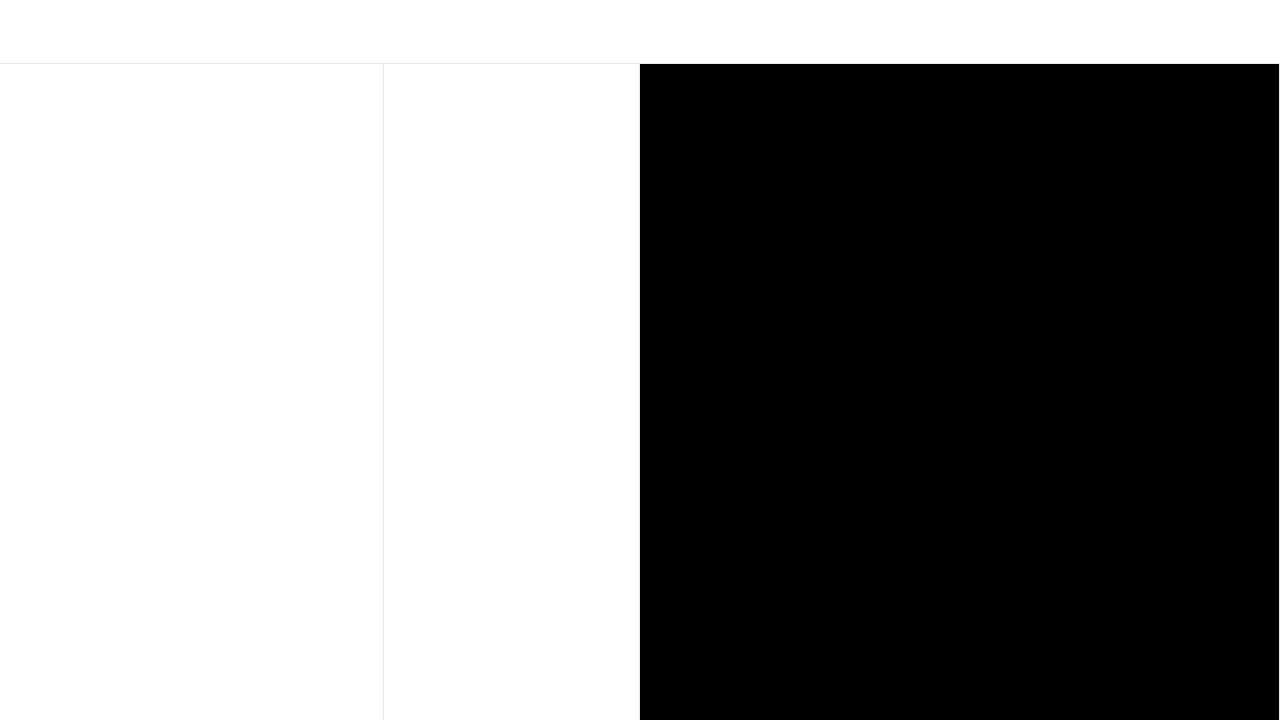
Repository: VictorJPimentel/Resume-Matcher
Page: / (app in frontend/)
These files come from the project's save history. The page is drawn as it stood at one moment and after the next save; the edit follows.
The browser window is 1280 px wide. The pictures show the whole page.
The project was rebuilt for these pictures with package versions that can differ from the ones it lists, and the page was loaded fresh each time. Also part of the build but not shown: frontend/src/components/FileUpload.jsx.

Above is the page before, as saved 2022-08-09 20:03:40.

After the next save:
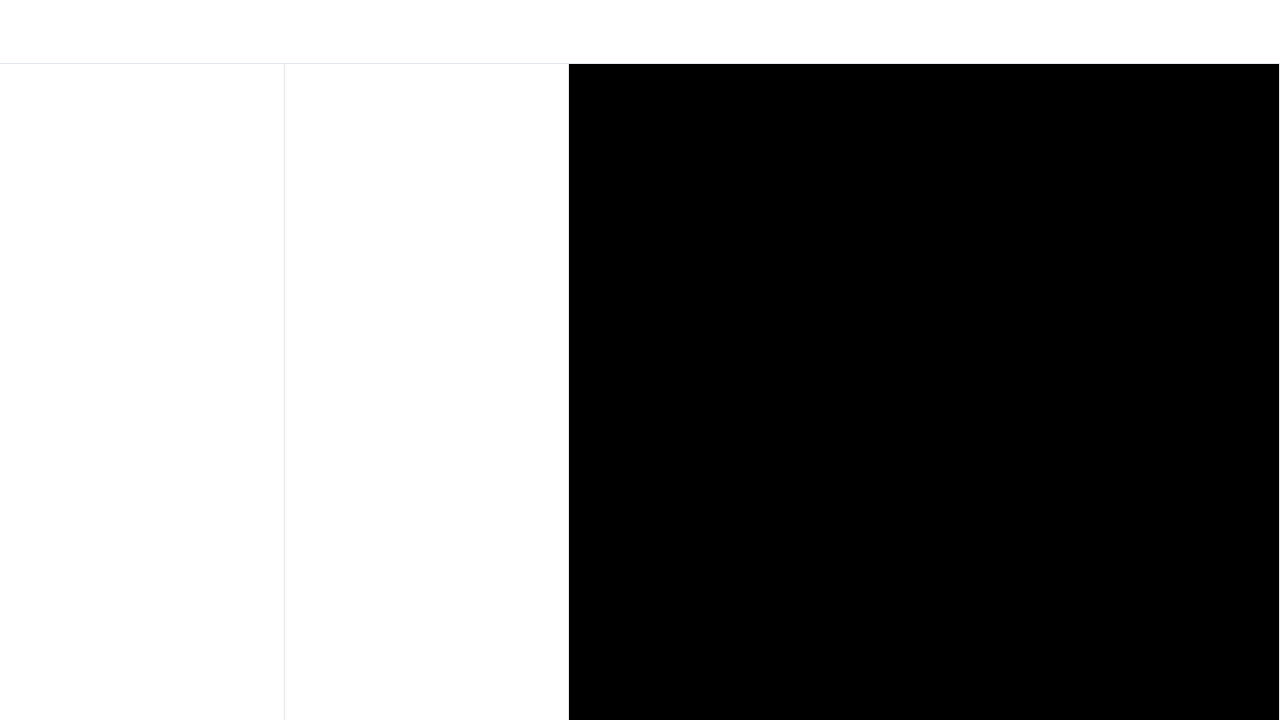
Saved 44 s later.
--- a/frontend/src/components/Filters.jsx
+++ b/frontend/src/components/Filters.jsx
@@ -4,7 +4,7 @@ import { NavLink, useLocation } from "react-router-dom";
 function Filter() {
   return (
     <div
-      className="flex flex-col z-40 left-0 top-0 h-full no-scrollbar w-3/5 border-r border-slate-200
+      className="flex flex-col z-40 left-0 top-0 h-full no-scrollbar w-2/5 border-r border-slate-200
        "
     ></div>
   );
